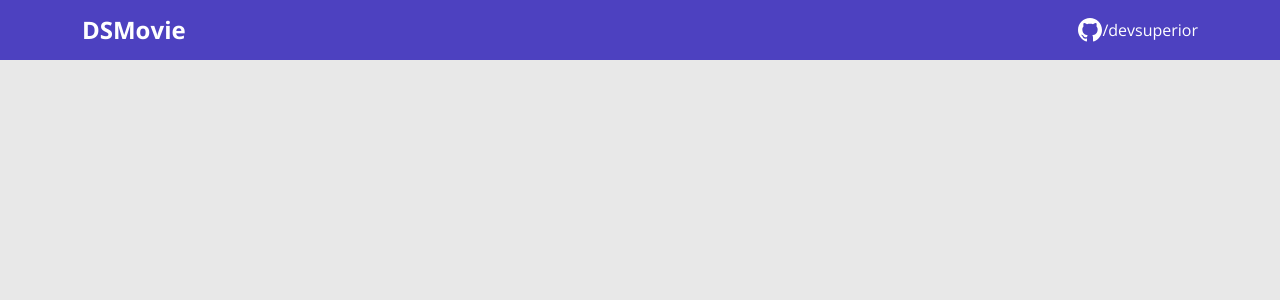
Repository: rogeriovalente/dsmovie
Page: / (app in frontend/)
The author's editor kept a copy of each file at every save. The page is drawn from the files as they stood at one save, then again after the next save.
The browser window is 1280 px wide. The pictures show the whole page.
The project was rebuilt for these pictures with package versions that can differ from the ones it lists, and the page was loaded fresh each time.

Above is the page before, as saved 2022-05-11 17:49:06.

### frontend/src/index.css
@import url('https://fonts.googleapis.com/css2?family=Open+Sans:wght@400;700&display=swap');

:root {
  --color-primary: #4D41C0;
}

* {
  box-sizing: border-box;
  font-family: 'Open Sans', sans-serif;
}

html,
body {
  background-color: #e8e8e8;
}

a,
a:hover {
  text-decoration: none;
  color: unset;
}

### frontend/src/components/Navbar/index.tsx
import { ReactComponent as GithubIcon } from "assets/img/github.svg";
import "./styles.css";

function Navbar() {
  return (
    <header>
      <nav className="container">
        <div className="dsmovie-nav-content">
          <h1>DSMovie</h1>
          <a href="https://github.com/rogeriovalente/dsmovie">
            <div className="dsmovie-contact-conteiner">
              <GithubIcon />
              <p className="dsmove-contact-link"> /devsuperior</p>
            </div>
          </a>
        </div>
      </nav>
    </header>
  );
}

export default Navbar;

### frontend/src/components/Navbar/styles.css
header {
  background-color: var(--color-primary);
  height: 60px;
  display: flex;
  align-items: center;
}

.dsmovie-nav-content {
  display: flex;
  justify-content: space-between;
  align-items: center;
  color: #fff;
}

.dsmovie-nav-content h1 {
  margin: 0;
  font-weight: 700;
  font-size: 24px;
}
.dsmovie-contact-conteiner {
  display: flex;
}

.dsmove-contact-link {
  margin: 0;
}

Loaded but not shown: frontend/public/index.html (common file); frontend/src/index.tsx (common file); frontend/src/App.tsx (common file)

After the next save:
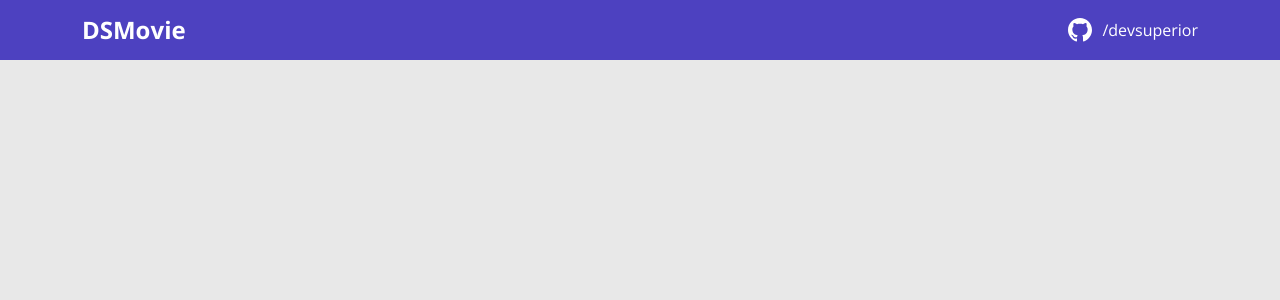
Saved 53 s later.
--- a/frontend/src/components/Navbar/styles.css
+++ b/frontend/src/components/Navbar/styles.css
@@ -22,5 +22,5 @@
 }
 
 .dsmove-contact-link {
-  margin: 0;
+  margin: 0 0 0 10px;
 }
